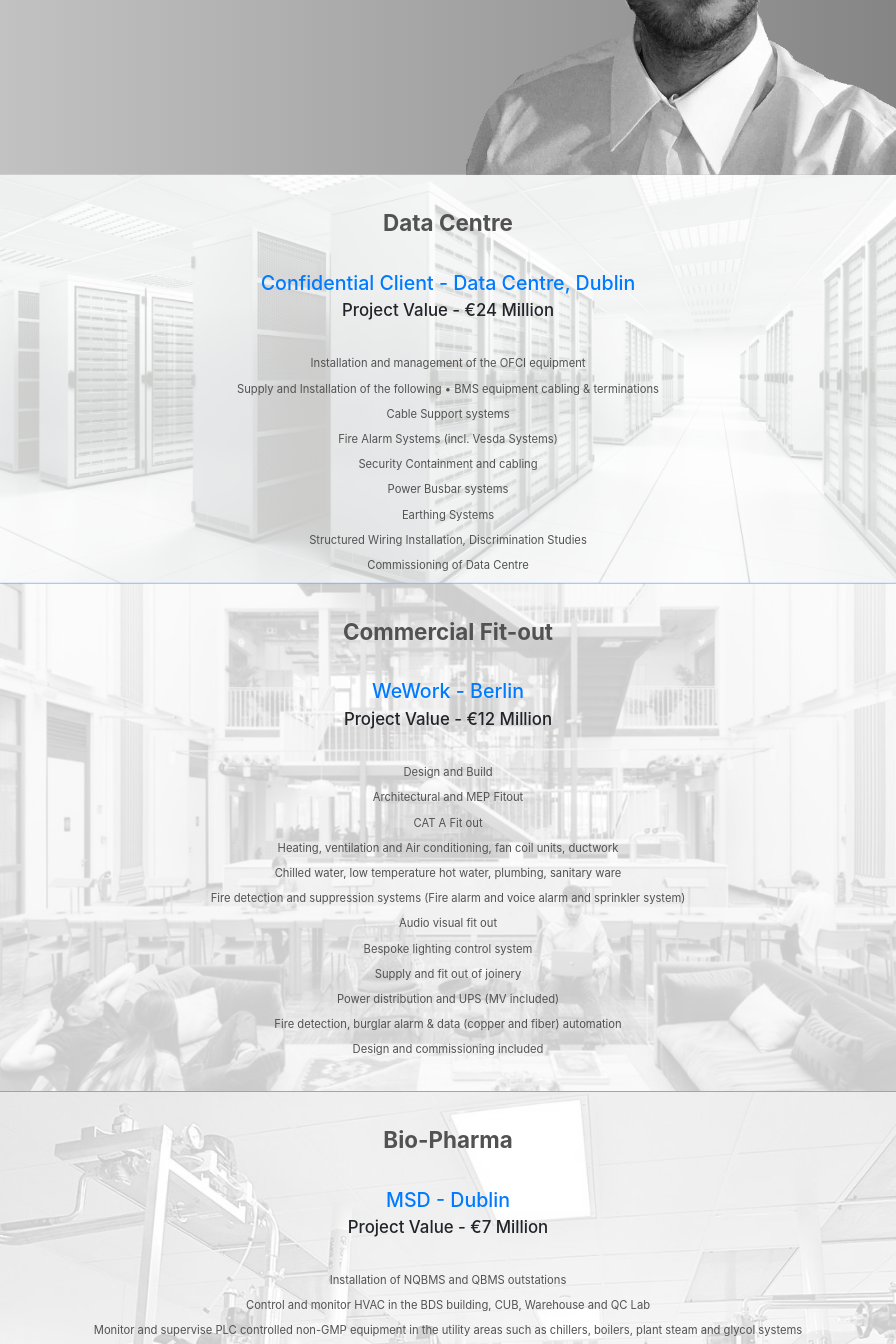
Repository: Code-Institute-Submissions/collyd21-milestone1
Page: projects.html
The author's editor kept a record of every edit. The page is drawn from the files as they stood at one moment, then again after the next edit.
The browser window is 1280 px wide. The pictures show the part of the page from y = 454 to 2374 px (the page is 2628 px tall before and 2662 px after), at 70% of full size.

Above is the page before.

### projects.html
<!DOCTYPE html>
<html lang="en">

<head>
    <meta charset="UTF-8">
    <meta name="viewport" content="width=device-width, initial-scale=1.0">
    <meta http-equiv="X-UA-Compatible" content="ie=edge">
    <script src="https://code.jquery.com/jquery-3.4.1.slim.min.js" integrity="sha384-J6qa4849blE2+poT4WnyKhv5vZF5SrPo0iEjwBvKU7imGFAV0wwj1yYfoRSJoZ+n" crossorigin="anonymous"></script>
    <script src="https://stackpath.bootstrapcdn.com/bootstrap/4.4.1/js/bootstrap.min.js" integrity="sha384-wfSDF2E50Y2D1uUdj0O3uMBJnjuUD4Ih7YwaYd1iqfktj0Uod8GCExl3Og8ifwB6" crossorigin="anonymous"></script>
    <link rel="stylesheet" href="https://stackpath.bootstrapcdn.com/bootstrap/4.4.1/css/bootstrap.min.css" integrity="sha384-Vkoo8x4CGsO3+Hhxv8T/Q5PaXtkKtu6ug5TOeNV6gBiFeWPGFN9MuhOf23Q9Ifjh" crossorigin="anonymous">
    <link rel="stylesheet" href="https://stackpath.bootstrapcdn.com/font-awesome/4.7.0/css/font-awesome.min.css" type="text/css" />
    <link href="https://fonts.googleapis.com/css?family=Roboto&display=swap" rel="stylesheet">
    <link rel="stylesheet" href="assets/css/style.css">
    <title>Colm Doyle - Personal Profile</title>
</head>

<body>

    <!--*******************************Navbar*******************************-->

    <nav class="navbar navbar-expand-md">
        <button class="navbar-toggler custom " data-toggle="collapse" data-target="#collapse_target">
                <span class="navbar-toggler-icon"></span>
            </button>
        <div class="justify-content-center collapse navbar-collapse" id="collapse_target">
            <ul class="navbar-nav">
                <li class="nav-item">
                    <a class="nav-link" href="index.html">About</a>
                </li>
                <li class="nav-item">
                    <a class="nav-link" href="resume.html">Resume</a>
                </li>
                <li class="nav-item">
                    <a class="nav-link" href="projects.html">Projects</a>
                </li>
                <li class="nav-item">
                    <a class="nav-link" href="contact.html">Contact</a>
                </li>
            </ul>
        </div>
    </nav>
    <!--*******************************Header*******************************-->

    <header class="jumbotron-fluid">
        <div class="container-fluid no-gutters d-none d-md-block" id="main-view-large">
            <div class="row">
                <div class="col-lg-8 col-md-8 col-sm-12 col-xs-12" id="about-large">
                    <h1 class="uppercase-jumbo">Projects</h1>
                    <br>
                    <h3>Feel free to browse below, some of the projects I have been involved in.</h3>
                </div>
            </div>
        </div>
    </header>

    <!--*******************************Projects*******************************-->

    <section class="container-fluid data-centre">
        <h2 class="top-margin">Data Centre</h2>
        <div class="row">
            <article class="col-lg-12 col-md-12 col-sm-12 col-xs-12 resume">
                <h3>Confidential Client - Data Centre, Dublin</h3>
                <h4>Project Value - €24 Million</h4>
                <div class="col-lg-12 col-md-12 col-sm-12 col-xs-12 projects">
                    <p>Installation and management of the OFCI equipment</p>
                    <p>Supply and Installation of the following • BMS equipment cabling & terminations</p>
                    <p>Cable Support systems</p>
                    <p>Fire Alarm Systems (incl. Vesda Systems)</p>
                    <p>Security Containment and cabling</p>
                    <p>Power Busbar systems</p>
                    <p>Earthing Systems</p>
                    <p>Structured Wiring Installation, Discrimination Studies</p>
                    <p>Commissioning of Data Centre</p>
                </div>
            </article>
        </div>
    </section>
    <hr class="line">
    <section class="container-fluid wework">
        <h2 class="top-margin">Commercial Fit-out</h2>
        <div class="row">
            <article class="col-lg-12 col-md-12 col-sm-12 col-xs-12 resume">
                <h3>WeWork - Berlin</h3>
                <h4>Project Value - €12 Million</h4>
                <div class="col-lg-12 col-md-12 col-sm-12 col-xs-12 projects">
                    <p>Design and Build</p>
                    <p>Architectural and MEP Fitout</p>
                    <p>CAT A Fit out</p>
                    <p>Heating, ventilation and Air conditioning, fan coil units, ductwork</p>
                    <p>Chilled water, low temperature hot water, plumbing, sanitary ware</p>
                    <p>Fire detection and suppression systems (Fire alarm and voice alarm and sprinkler system)</p>
                    <p>Audio visual fit out</p>
                    <p>Bespoke lighting control system</p>
                    <p>Supply and fit out of joinery</p>
                    <p>Power distribution and UPS (MV included)</p>
                    <p>Fire detection, burglar alarm & data (copper and fiber) automation</p>
                    <p class="bottom-margin">Design and commissioning included</p>
                </div>
            </article>
        </div>
    </section>
    <hr class="line">
    <section class="container-fluid pharma">
        <h2 class="top-margin">Bio-Pharma</h2>
        <div class="row">
            <article class="col-lg-12 col-md-12 col-sm-12 col-xs-12 resume">
                <h3>MSD - Dublin</h3>
                <h4>Project Value - €7 Million</h4>
                <div class="col-lg-12 col-md-12 col-sm-12 col-xs-12 projects">
                    <p>Installation of NQBMS and QBMS outstations</p>
                    <p>Control and monitor HVAC in the BDS building, CUB, Warehouse and QC Lab</p>
                    <p>Monitor and supervise PLC controlled non-GMP equipment in the utility areas such as chillers, boilers, plant steam and glycol systems</p>
                    <p>Monitor a site wastewater treatment plant control system, non-GMP and cold rooms</p>
                    <p>Interface with other systems such as the Electrical Automation System, Process Control System, Fire Alarm System and alarm notification system</p>
                    <p class="bottom-margin">Installation of instrumentation including flow, pressure, temperature, humidity transmitters and switches</p>
                </div>
            </article>
        </div>
    </section>

    <!--*******************************Footer*******************************-->

    <footer class="container-fluid">
        <div class="row" id="footer">
            <div class="col-sm-4">
                <h4 class="uppercase footer">Colm Doyle</h4>
                <h5>&bull; QA/QC Technician</h5>
                <h5>&bull; Full Stack Developer</h5>
            </div>
            <div class="col-sm-4">
                <h4 class="uppercase">Download</h4>
                <p class="inline-block">
                    Download my CV here.
                    <a href="assets/pdfs/colm-cv.pdf" target="_blank" class="cv-pdf">
                        <i class="fa fa-download" aria-hidden="true"></i>
                        <span class="sr-only">Download link</span>
                    </a>
                </p>
            </div>
            <div class="col-sm-4">
                <h4 class="uppercase">Social</h4>
                <ul class="list-inline social-links">
                    <li class="list-inline-item">
                        <a target="_blank" href="https://linkedin.com/in/colm-doyle-88b0b6164">
                            <i class="fa fa-linkedin" aria-hidden="true"></i>
                            <span class="sr-only">LinkedIn</span>
                     </a>
                    </li>
                    <li class="list-inline-item">
                        <a target="_blank" href="https://github.com/collyd21">
                            <i class="fa fa-github " aria-hidden="true"></i>
                            <span class="sr-only">Github</span>
                        </a>
                </ul>
            </div>
        </div>
    </footer>
</body>

</html>

### assets/css/style.css
/*-----------------------------------------------Navbar----------------------------------------*/

.navbar {
    font-family: "Roboto", sans-serif;
    background-color: #d1cfce;
    width: 100vw;
}

.nav-link {
    margin-left: 50px;
    color: #fff;
}

.navbar a:hover {
    color: #007bff;
}

.navbar-toggler {
    border-color: #007bff;
}

.navbar-toggler-icon {
    background-image: url("data:[embedded picture, 238 characters]");
}


/*-----------------------------------------------Header/Jumbotron----------------------------------------*/

#main-view-large {
    background-image: url('../images/main3.png'), linear-gradient(to right, #c2c2c2 0%, #858585 100%);
    background-position: bottom;
    background-size: cover;
    height: 90vh;
    width: 100vw;
    position: relative;
}

#main-view-small {
    background-image: linear-gradient(to right, #c2c2c2 0%, #858585 100%);
    background-position: bottom;
    background-size: cover;
    height: 80vh;
    width: 100vw;
    position: relative;
    padding-left: 0px;
    padding-right: 0px;
}

#about-large,
#about-small {
    font-family: 'Roboto', sans-serif;
    text-align: center;
    position: absolute;
    top: 25%;
    padding-right: 0px;
}

#resume-large {
    font-family: 'Roboto', sans-serif;
    text-align: center;
    position: absolute;
    top: 10%;
}

#resume-small {
    font-family: 'Roboto', sans-serif;
    text-align: center;
    position: absolute;
    top: 10%;
    padding-right: 15px;
    right: 0px;
}

#projects {
    font-family: 'Roboto', sans-serif;
    text-align: center;
    position: absolute;
    top: 15%;
}

#contact-large {
    font-family: 'Roboto', sans-serif;
    text-align: center;
    position: absolute;
    top: 25%;

}

#contact-small {
    font-family: 'Roboto', sans-serif;
    text-align: center;
    position: absolute;
    top: 25%;
    padding-right: 15px;
    right: 0px;

}

.uppercase-jumbo {
    text-transform: uppercase;
    font-weight: bold;
    color: #007bff
}

/*-----------------------------------------------3 Questions----------------------------------------*/

.questions {
    font-family: 'Roboto', sans-serif;
    margin-top: 25px;
    margin-bottom: 25px;
    text-align: center;
}

.questions h2 {
    color: #525252;
}

.question-margin {
    font-family: 'Roboto', sans-serif;
    padding-left: 30px;
    padding-right: 30px;
    text-align: center;
}

.uppercase {
    text-transform: uppercase;
    font-weight: bold;
}

.questions i {
    font-size: 30px;
    color: #007bff;
    text-align: center;
    margin-right: 15px;
}


/*-----------------------------------------------Footer----------------------------------------*/

.inline-block {
    display: inline-block;
}

#footer {
    padding-top: 5px;
    padding-left: 0px;
    padding-right: 0px;
    font-family: 'Roboto', sans-serif;
    background-color: #525252;
    color: #fff;
    text-align: center;
    position: relative;
}

.cv-pdf i {
    padding-left: 5px;
    font-size: 20px;
}

.social-links li a i {
    font-size: 20px;
}

/*--------------------------------------------Work History / Education / Projects-----------------------------------*/

.top-margin {
    padding-top: 50px;
    margin-bottom: 50px;
    color: #525252;
    font-weight: bold;
    text-align: center;
}

.sts-logo {
    height: 300px;
    width: 300px;
    margin-left: 150px;
    margin-top: 100px;
}

.mech-logo {
    height: 95px;
    width: 400px;
    margin-left: 150px;
    margin-top: 150px;
}

.hs-logo {
    height: 200px;
    width: 450px;
    margin-left: 100px;
    margin-top: 100px;
}

.img-center {
    margin: auto;
    display: block;
}

.resume {
    text-align: center;
}

.resume h3 {
    color: #007bff;
}

.resume p {
    color: #525252;
    margin-left: 30px;
    margin-right: 30px;
    line-height: 20px;
}

.bottom-margin {
    margin-bottom: 50px;
}

.accreditation {
    background-color: #fafafa;
}

.projects {
    margin-top: 50px;
    color: #525252;
    text-align: center;
}

.data-centre {
    background-image: url('../images/datacentre20.jpg');
    background-size: cover;
}

.wework {
    background-image: url('../images/wework20.jpg');
    background-size: cover;
}

.pharma {
    background-image: url('../images/pharma20.jpg');
    background-size: cover;
}

.line {
    margin-top: 0em;
    margin-bottom: 0em;
    border-top: 1px solid #007bff;
}


/*--------------------------------------------Contact Form-----------------------------------*/

.contact-heading {
    font-family: "Roboto", sans-serif;
    font-weight: 300;
    margin-top: 25px;
    margin-bottom: 20px;
    color: #525252;
}

.contact-form {
    padding-left: 0;
    padding-right: 0;
}

.center-form {
    padding-top: 10px;
    margin: 0 auto;
    max-width: 70%;
}

button[type="submit"] {
    margin-top: 15px;
    margin-bottom: 20px;
    color: #fafafa;
    background-color: #007bff;
}

button[type="submit"]:hover {
    background-color: #3251c9;
}

After the next edit:
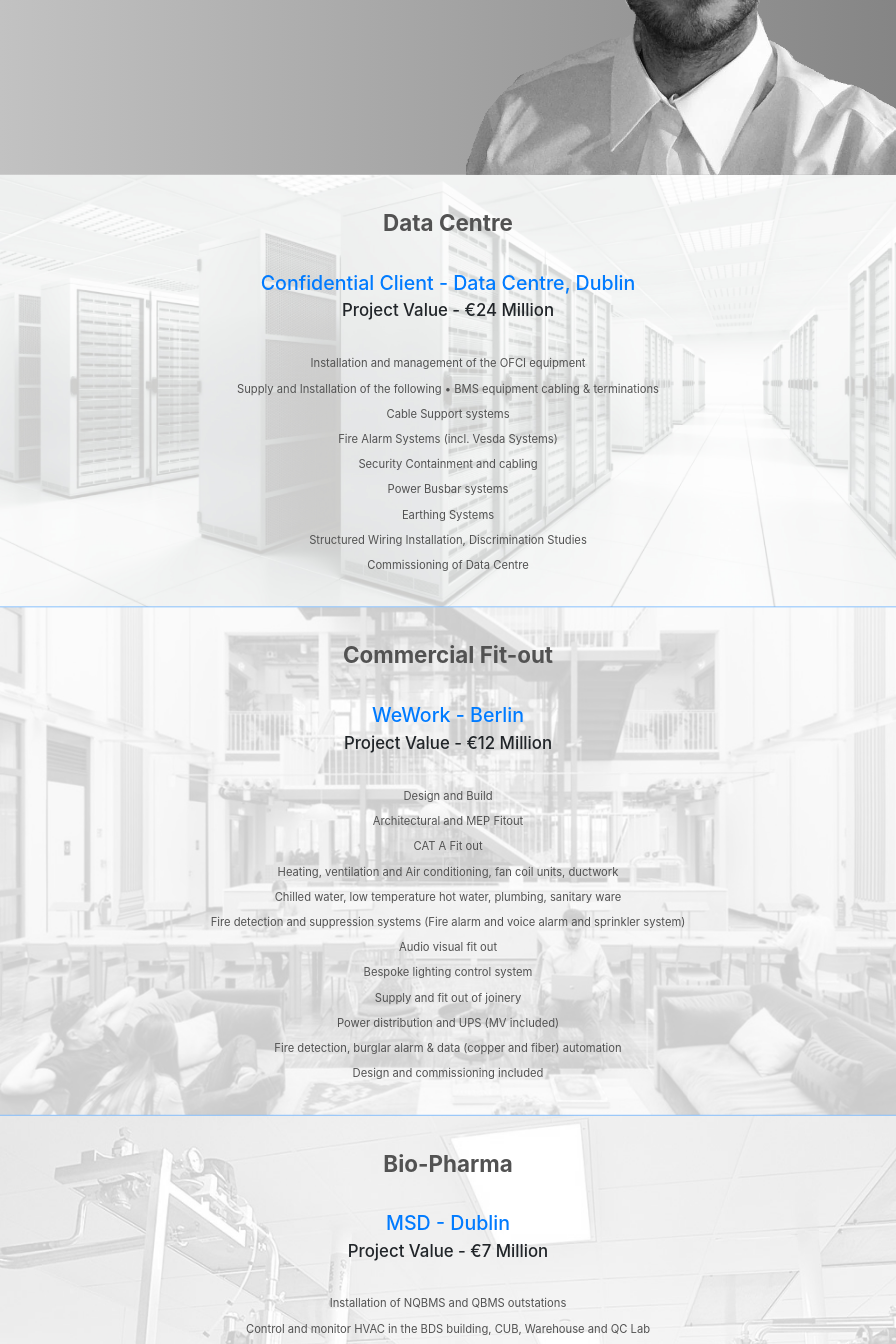
The edit:
--- a/projects.html
+++ b/projects.html
@@ -70,7 +70,7 @@
                     <p>Power Busbar systems</p>
                     <p>Earthing Systems</p>
                     <p>Structured Wiring Installation, Discrimination Studies</p>
-                    <p>Commissioning of Data Centre</p>
+                    <p class="bottom-margin">Commissioning of Data Centre</p>
                 </div>
             </article>
         </div>
